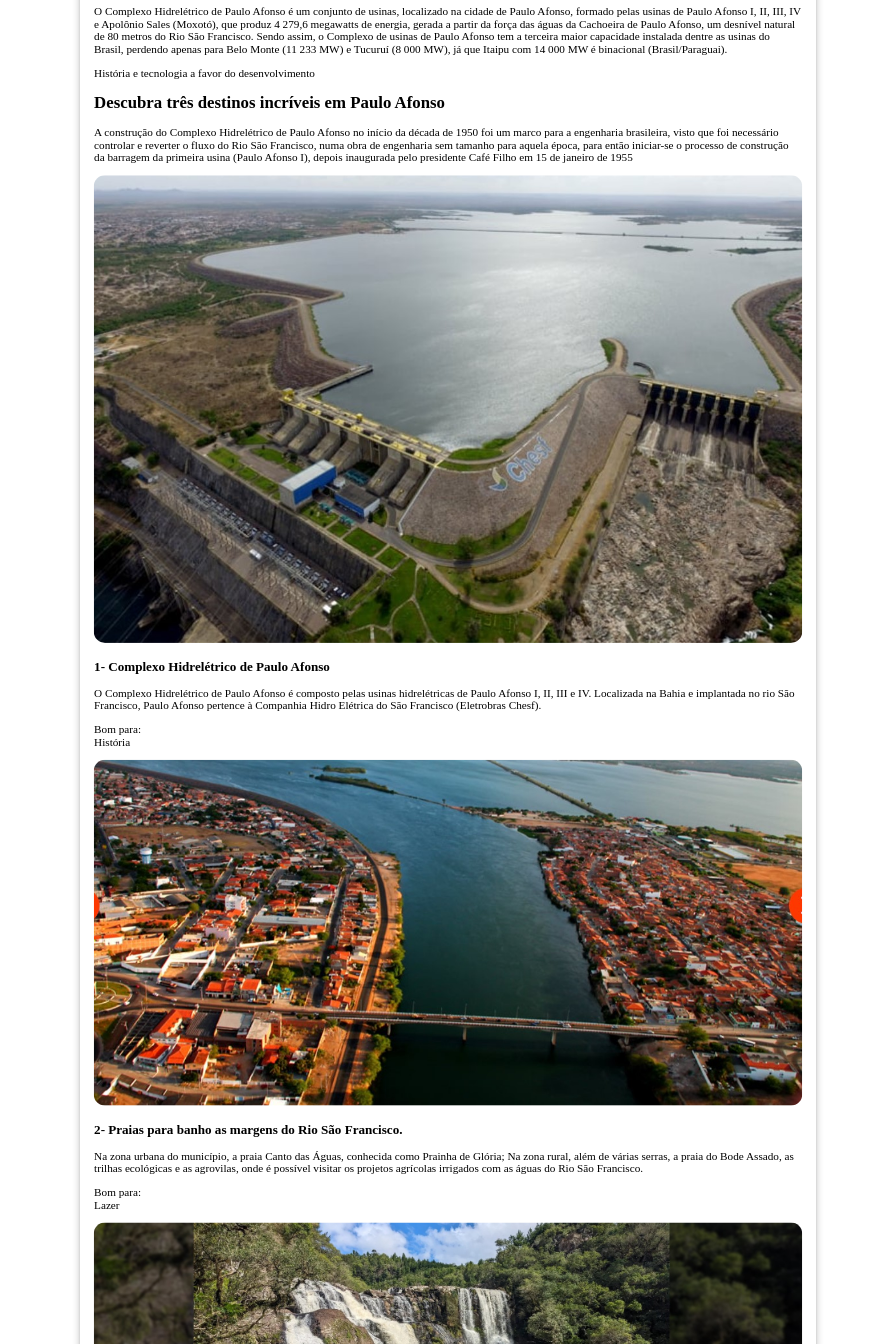
Repository: JeffRodFer/testeGitXGithub
Page: index.html
The author's editor kept a copy of each file at every save. The page is drawn from the files as they stood at one save, then again after the next save.
The browser window is 1280 px wide. The pictures show the part of the page from y = 739 to 2659 px (the page is 3233 px tall before and 3017 px after), at 70% of full size.

Above is the page before, as saved 2025-03-15 21:03:50.

After the next save:
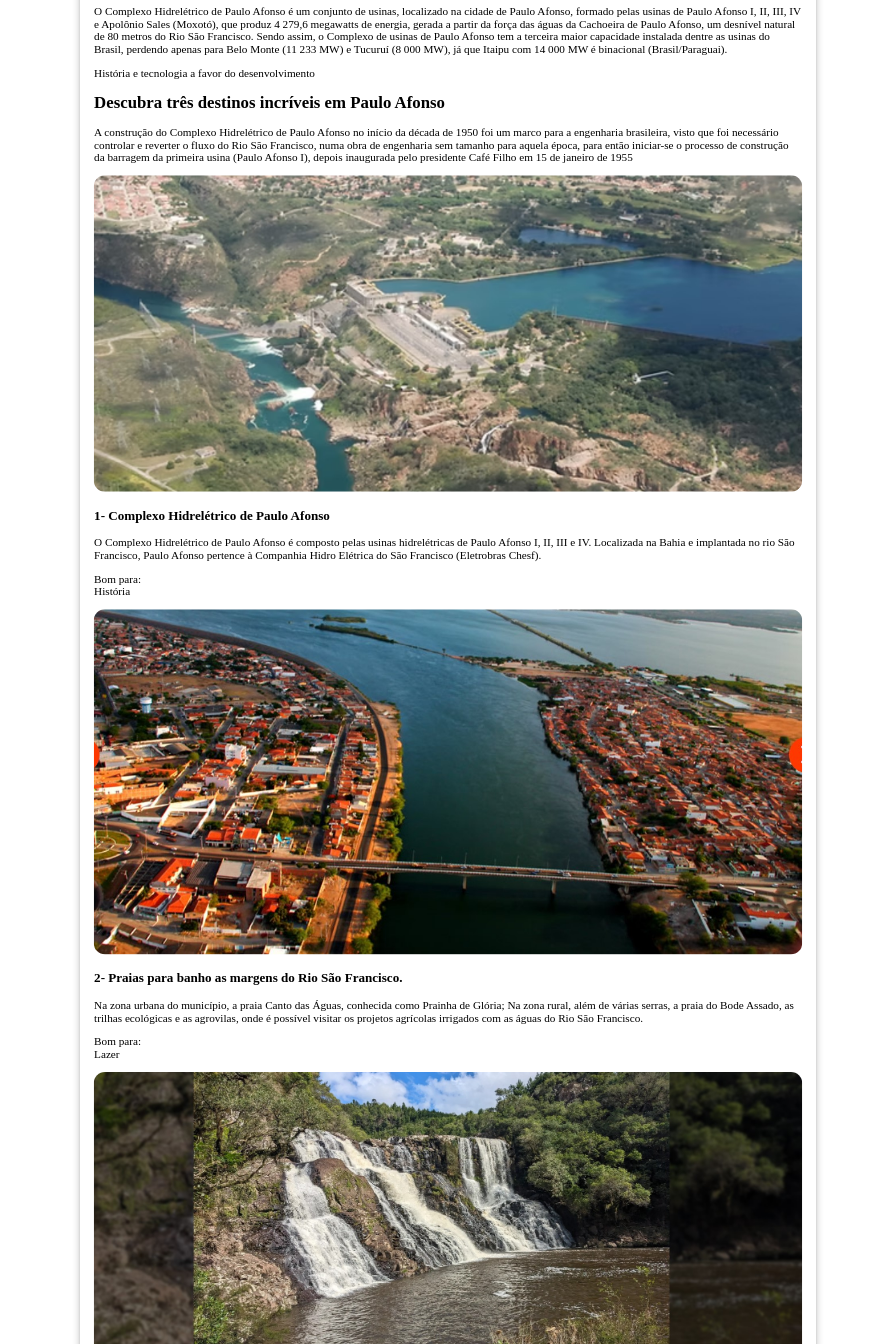
Saved 3 min 41 s later.
--- a/index.html
+++ b/index.html
@@ -22,7 +22,7 @@
                 <p>
                          A construção do Complexo Hidrelétrico de Paulo Afonso no início da década de 1950 foi um marco para a engenharia brasileira, visto que foi necessário controlar e reverter o fluxo do Rio São Francisco, numa obra de engenharia sem tamanho para aquela época, para então iniciar-se o processo de construção da barragem da primeira usina (Paulo Afonso I), depois inaugurada pelo presidente Café Filho em 15 de janeiro de 1955
                 </p>
-                <img src="assets/hidroele.jpg" alt="hidroelêtrica">
+                <img src="assets/complexohidroele.jpg" alt="hidroelêtrica">
                 <h3>1- Complexo Hidrelétrico de Paulo Afonso</h3>
                 <p>
                      O Complexo Hidrelétrico de Paulo Afonso é composto pelas usinas hidrelétricas de Paulo Afonso I, II, III e IV. Localizada na Bahia e implantada no rio São Francisco, Paulo Afonso pertence à Companhia Hidro Elétrica do São Francisco (Eletrobras Chesf).
